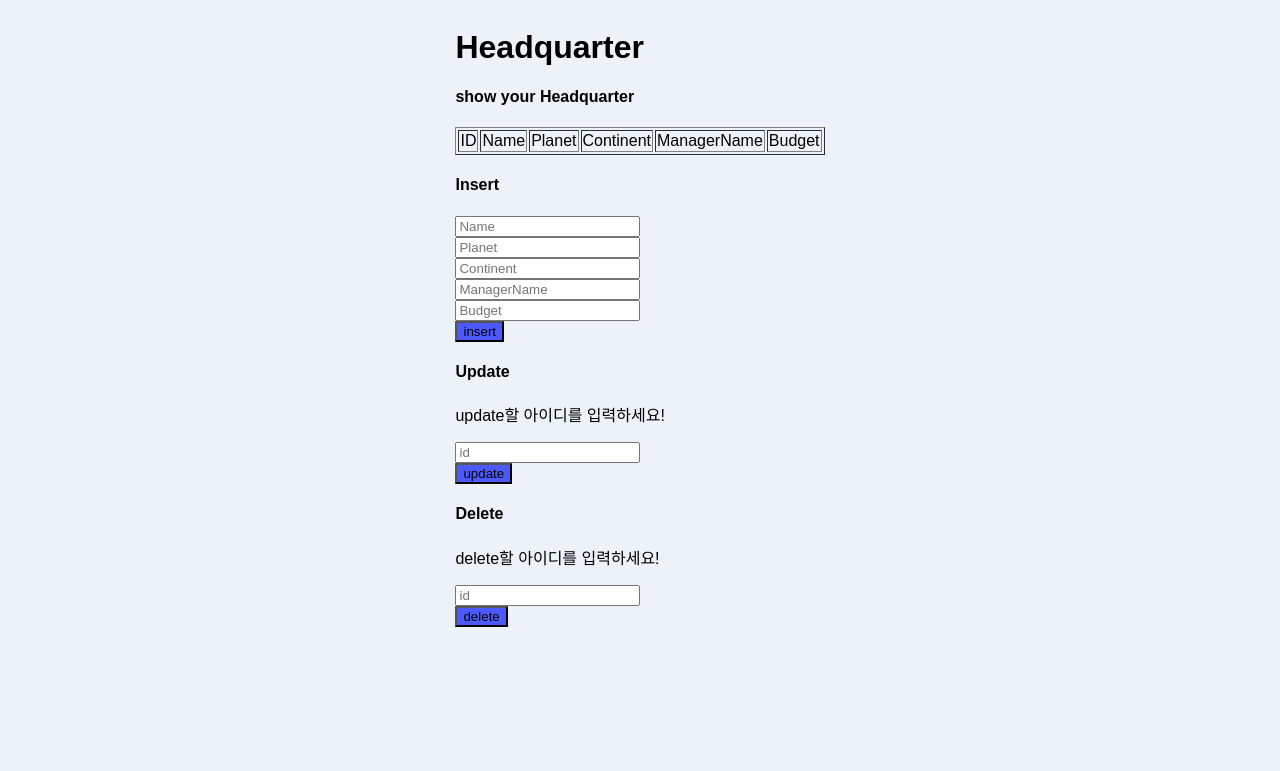
Repository: CISXO/JSP
Page: http://localhost/DB_Project/DB/train.jsp
The author's editor kept a copy of each file at every save. The page is drawn from the files as they stood at one save, then again after the next save.
The browser window is 1280 px wide. The pictures show the whole page.
The page is served by Tomcat 9. Queries for data that is not in the repository find no rows.

Above is the page before, as saved 2022-12-21 10:18:48.

### DbProject/DB_Project/src/main/webapp/DB/train.jsp
<%@ page language="java" contentType="text/html; charset=EUC-KR"
    pageEncoding="EUC-KR" import="java.sql.*"%>
<!DOCTYPE html>
<html>
<style>

body {
    font-family: 'Noto Sans KR', sans-serif;
    display: flex;
    justify-content: center;
    height: 95vh;
}

</style>
<head>
<meta charset="EUC-KR">
<title>Insert title here</title>
</head><%

Class.forName("org.mariadb.jdbc.Driver");
String jdbcDriver = "jdbc:mariadb://localhost:3306/homework";
String dbUser = "root";
String dbPass = "22489612up!";


Connection conn = null;
Statement stmt = null;
ResultSet result = null;

try {
	conn = DriverManager.getConnection(jdbcDriver, dbUser, dbPass);
	stmt = conn.createStatement();
	String query = "SELECT * FROM headquarter";
	result = stmt.executeQuery(query);

%>

<body style="background-color: #edf2f9 !important;">
    <div>
        <h1 class="title">Headquarter</h1>
        <h4 class="titleScript">
				show your Headquarter
        </h4>
        <div class="tableSection">
                <table class="boardTable table table-hover" border = "1">
                    <thead class="table-primary">
                        <tr>
                        <td>ID</td>
                        <td>Name</td>
                        <td>Planet</td>
                        <td>Continent</td>
                        <td>ManagerName</td>
                        <td>Budget</td>
                        </tr>
                    </thead>
                    <%
                    while(result.next()) {
                    %>
                    <tbody id="tablebody" class="table-light">
                        <tr onclick="trClick(this)">
                        	<td><%=result.getInt("ID")%></td>
                            <td><%=result.getString("Name")%></td>
                            <td><%=result.getString("Planet")%></td>
                            <td><%=result.getString("Continent")%></td>
                            <td><%=result.getString("ManagerName")%></td>
                            <td><%=result.getInt("Budget") %></td>
                        </tr>

                    </tbody>
                    <%} %>
                </table>
        </div>
        <form id="Head_insert" action ="Head_manage.jsp" method="get">
        <h4>Insert</h4>
        <div class="row">
        <input id="Name1" name="Name1" type="text" placeHolder="Name">
        </div>
        <div class="row">
        <input id="Planet1" name="Planet1" type="text" placeHolder="Planet">
        </div>
        <div class="row">
        <input id="Continent1" name="Continent1" type="text" placeHolder="Continent">
        </div>
        <div class="row">
        <input id="ManagerName1" name="ManagerName1" type="text" placeHolder="ManagerName">
        </div>
        <div class="row">
        <input id="Budget1" name="Budget1" type="text" placeHolder="Budget">
        </div>
        <div class="hd_insert_button">
        <button id="insert_button1" type = "submit" style="background-color: #4c59fd">insert</button>
        </div>
        <input name="manage_num" type="hidden" value="1">
        </form>

        <form id="Head_update" action="Head_manage.jsp" method="get">
         <h4>Update</h4>
        <p>update할 아이디를 입력하세요!</p>
       <div class="row">
        <input id="head_id" name="headupdate_id" type="text" placeHolder="id">
        </div>
        <div class="hd_update_button">
        <button id="update_button1" type = "submit" style="background-color: #4c59fd">update</button>
        </div>
        <input name="manage_num" type="hidden" value="2">
        </form>

        <form id="Head_delete" action="Head_manage.jsp" method="get">
        <h4>Delete</h4>
        <p>delete할 아이디를 입력하세요!</p>
        <div class="row">
        <input id="head_id" name="headdelete_id" type="text" placeHolder="id">
        </div>
        <div class="hd_delete_button">
        <button id="delete_button1" type = "submit" style="background-color: #4c59fd">delete</button>
        </div>
        <br><br><br><br> <br><br><br><br>
        <input name="manage_num" type="hidden" value="3">
        </form>
    </div>
<%
	result.close();
	stmt.close();
	conn.close();
} catch(SQLException e) {
	out.println("err."+e.toString());
}
	%>
</body>
</html>

After the next save:
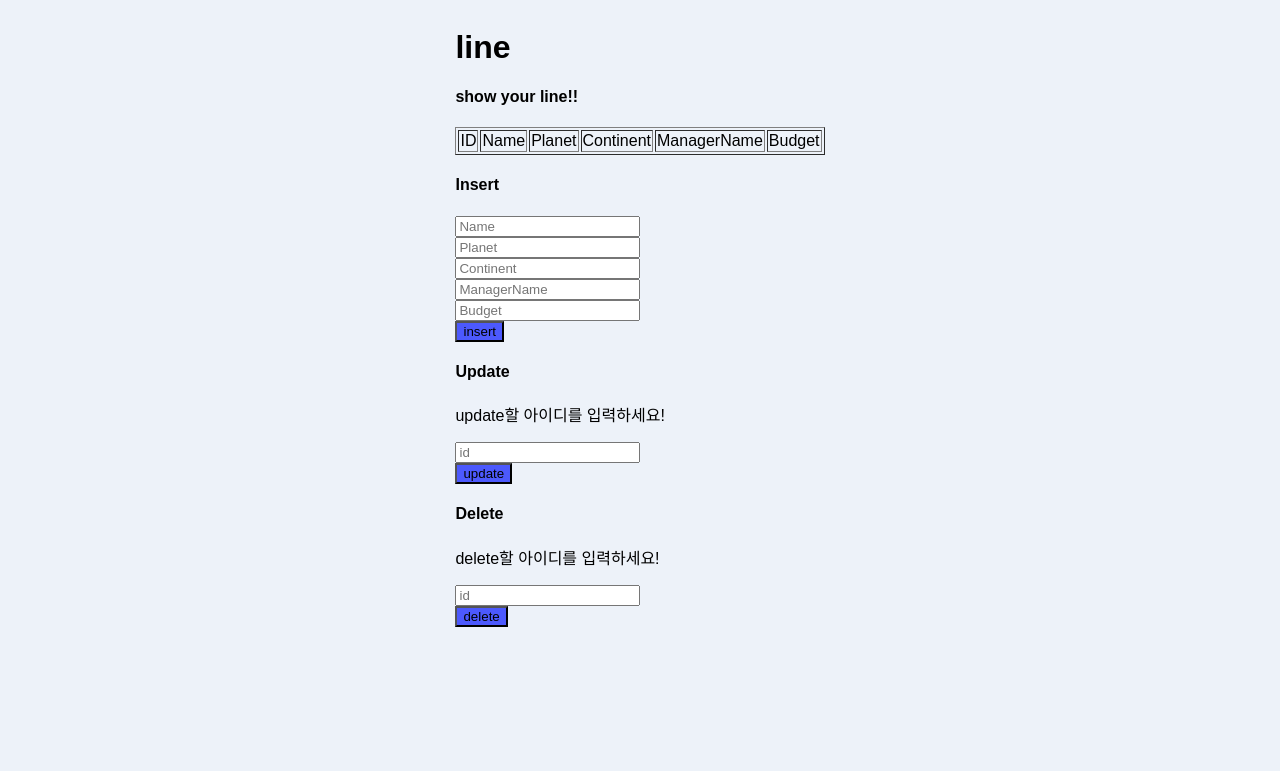
Saved 3 s later.
--- a/DbProject/DB_Project/src/main/webapp/DB/train.jsp
+++ b/DbProject/DB_Project/src/main/webapp/DB/train.jsp
@@ -30,20 +30,20 @@ ResultSet result = null;
 try {
 	conn = DriverManager.getConnection(jdbcDriver, dbUser, dbPass);
 	stmt = conn.createStatement();
-	String query = "SELECT * FROM headquarter";
+	String query = "SELECT * FROM line";
 	result = stmt.executeQuery(query);
 
 %>
 
 <body style="background-color: #edf2f9 !important;">
     <div>
-        <h1 class="title">Headquarter</h1>
+        <h1 class="title">line</h1>
         <h4 class="titleScript">
-				show your Headquarter
+				show your line!!
         </h4>
-        <div class="tableSection">
-                <table class="boardTable table table-hover" border = "1">
-                    <thead class="table-primary">
+        <div>
+                <table border = "1">
+                    <thead>
                         <tr>
                         <td>ID</td>
                         <td>Name</td>
@@ -56,7 +56,7 @@ try {
                     <%
                     while(result.next()) {
                     %>
-                    <tbody id="tablebody" class="table-light">
+                    <tbody>
                         <tr onclick="trClick(this)">
                         	<td><%=result.getInt("ID")%></td>
                             <td><%=result.getString("Name")%></td>
